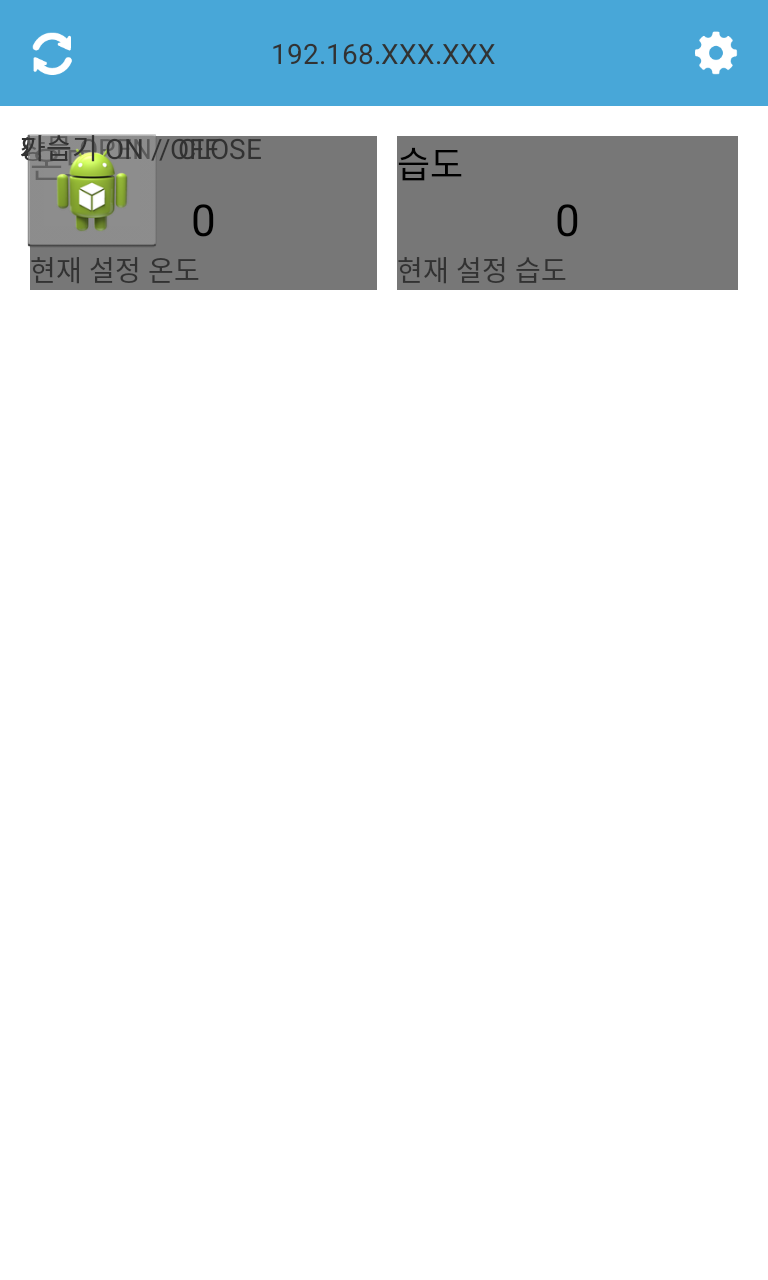
Repository: YeoeunJeong/SinNaYeo
Layout: sny_android/SinNaYeoAndroid/res/layout/activity_sin_na_yeo_main.xml
An editor plug-in stored every save of this project. The layout is shown before and after a run of saves, followed by the edit.
It is drawn on a 768 x 1280 px phone screen (xhdpi) without system bars, with theme android:Theme.Holo.Light.NoActionBar; the app's code is not run.

Above is the layout before, as saved 2015-09-24 19:02:26.

After the next 2 saves:
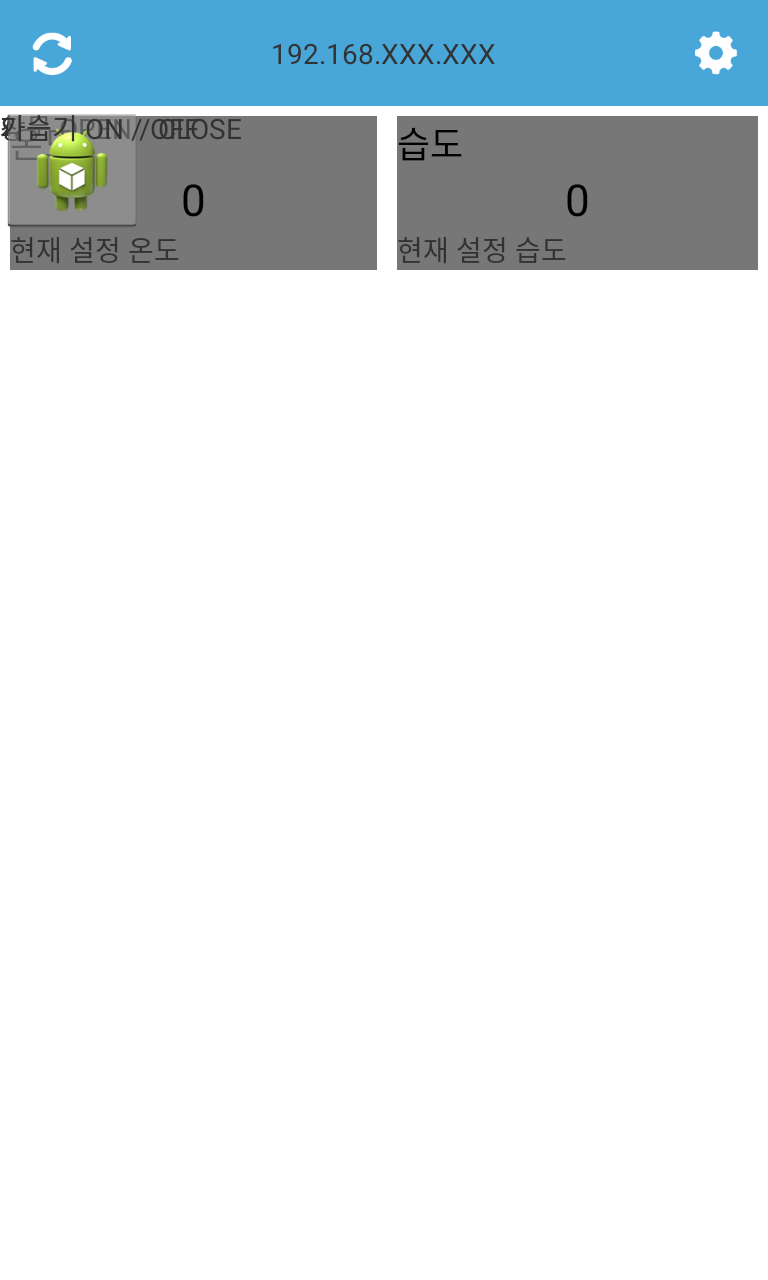
The 2 saves are shown as one change because they came seconds apart.
The last was saved 14 s later.
--- a/sny_android/SinNaYeoAndroid/res/layout/activity_sin_na_yeo_main.xml
+++ b/sny_android/SinNaYeoAndroid/res/layout/activity_sin_na_yeo_main.xml
@@ -45,8 +45,7 @@
     <RelativeLayout
         android:layout_width="match_parent"
         android:layout_height="match_parent"
-        android:orientation="vertical"
-        android:padding="10dp" >
+        android:orientation="vertical" >
 
         <TextView
             android:id="@+id/main_time_tv"
